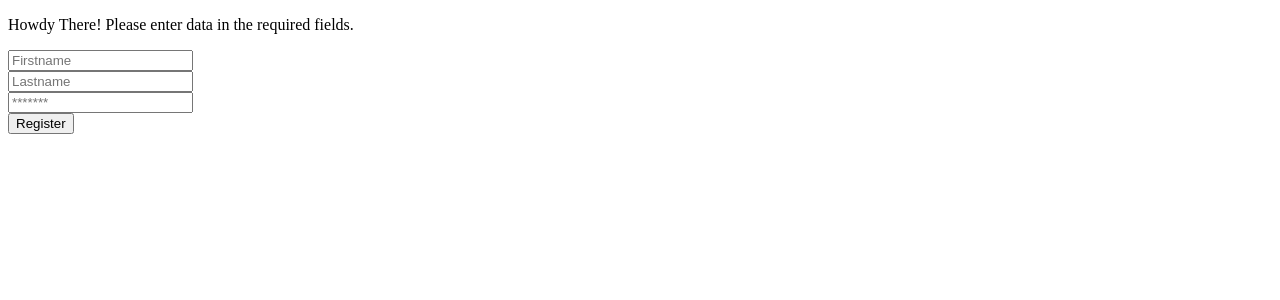
Repository: Rudii/project4
Page: http://localhost/admin_login.php
The author's editor kept a record of every edit. The page is drawn from the files as they stood at one moment, then again after the next edit.
The browser window is 1280 px wide. The pictures show the whole page.
The page is run by PHP 8.4 with error messages shown; the project is at /var/www/html/.

Above is the page before.

### admin_login.php
<!DOCTYPE html>
<html>
<head>
    <title>
        Administration Login
        </title>

</head>
<body>
    <p>Howdy There! Please enter data in the required fields.</p>

     <form>
         <input type="text" name="Firstname" placeholder="Firstname"/> <br />
         <input type="text" name="Last" placeholder="Lastname"/> <br />

         <input type="password" name="Password" placeholder="*******" /> <br />


         <input type="submit" value="Register"/>
     </form>

</body>
</html>

After the next edit:
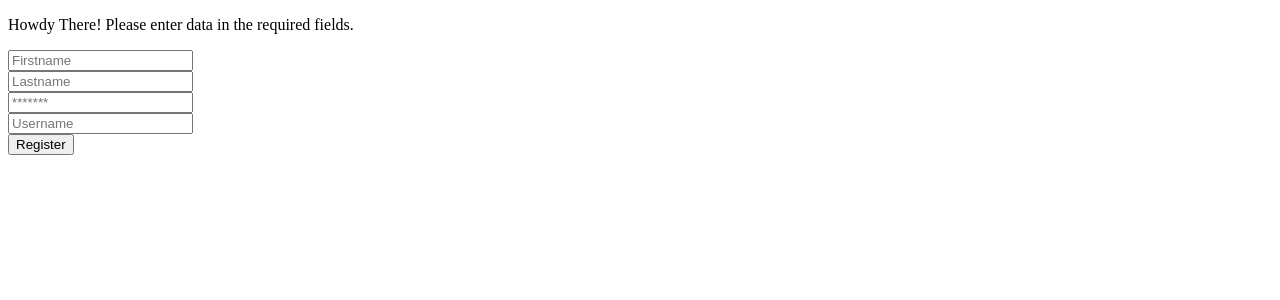
The edit:
--- a/admin_login.php
+++ b/admin_login.php
@@ -14,7 +14,7 @@
          <input type="text" name="Last" placeholder="Lastname"/> <br />
 
          <input type="password" name="Password" placeholder="*******" /> <br />
-
+         <input type="text" name="Username" placeholder="Username" /> <br />
 
          <input type="submit" value="Register"/>
      </form>
